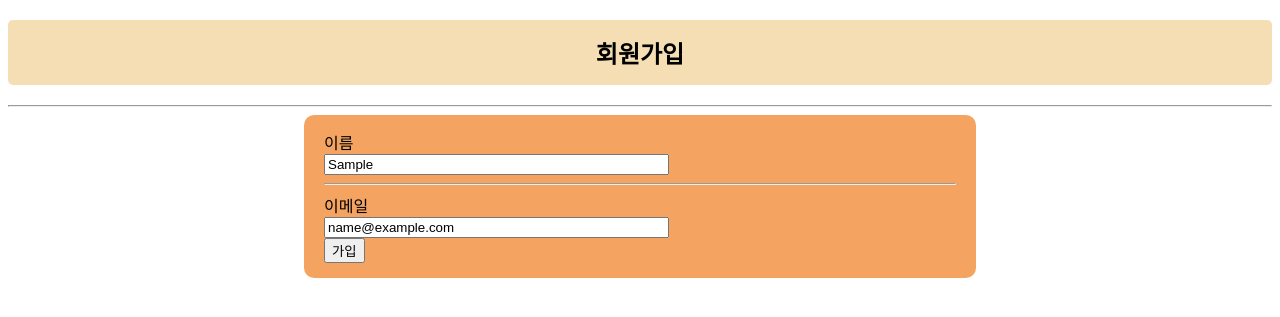
Repository: changhui98/JspBoard
Page: jspProject/src/main/webapp/ch03/regform.html
An editor plug-in stored every save of this project. The page is shown before and after the next save, followed by the edit.
The browser window is 1280 px wide. The pictures show the whole page.
Empty fields were first filled with sample values (such as "Sample", 5 or name@example.com).
After loading, the first visible `button` was clicked once.

Above is the page before, as saved 2024-01-22 16:44:24.
Console error: ReferenceError: signUp is not defined

After the next save:
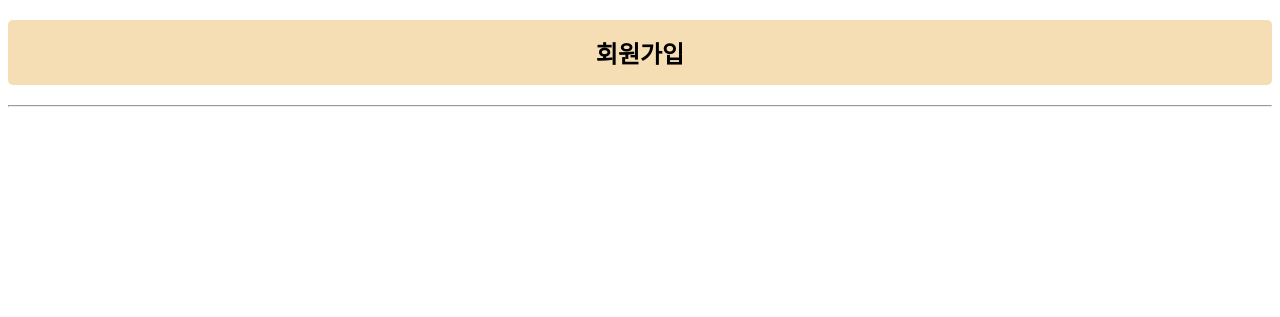
Console error: TypeError: Cannot set properties of null (setting 'innerHTML')
Saved 4 min 16 s later.
--- a/jspProject/src/main/webapp/ch03/regform.html
+++ b/jspProject/src/main/webapp/ch03/regform.html
@@ -20,6 +20,15 @@
 	}
 
 </style>
+<script>
+	function signUp(){
+		alert("정말로 가입하시겠습니까?");
+		document.getElementById("regform").style.display = "none";
+		document.getElementById("rnaame").innerHTML = document.form1.name.value;
+		document.getElementById("remail".innerHTML) = document.form1.email.value;
+		document.getElementById("result").setAttribute("style","display:block; background-color:KhaKi;");
+	}
+</script>
 </head>
 <body>
 	<h2>회원가입</h2>
